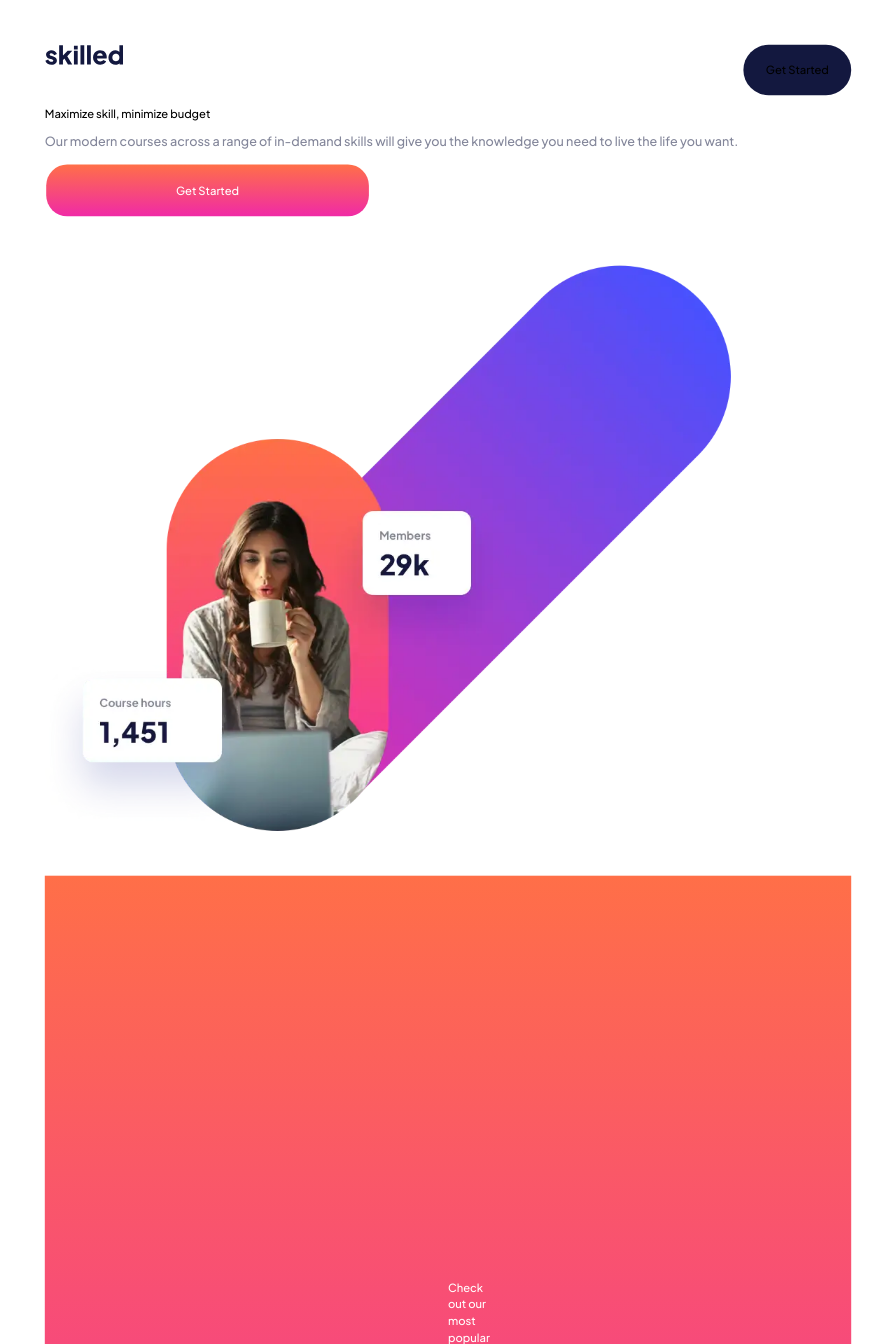
Repository: blordeus/Skilled-e-learning-landing-page
Page: index.html
The author's editor kept a copy of each file at every save. The page is drawn from the files as they stood at one save, then again after a run of saves.
The browser window is 1280 px wide. The pictures show the part of the page from y = 0 to 1920 px (the page is 2975 px tall before and 2948 px after), at 70% of full size.

Above is the page before, as saved 2023-06-17 20:20:40.

After the next 2 saves:
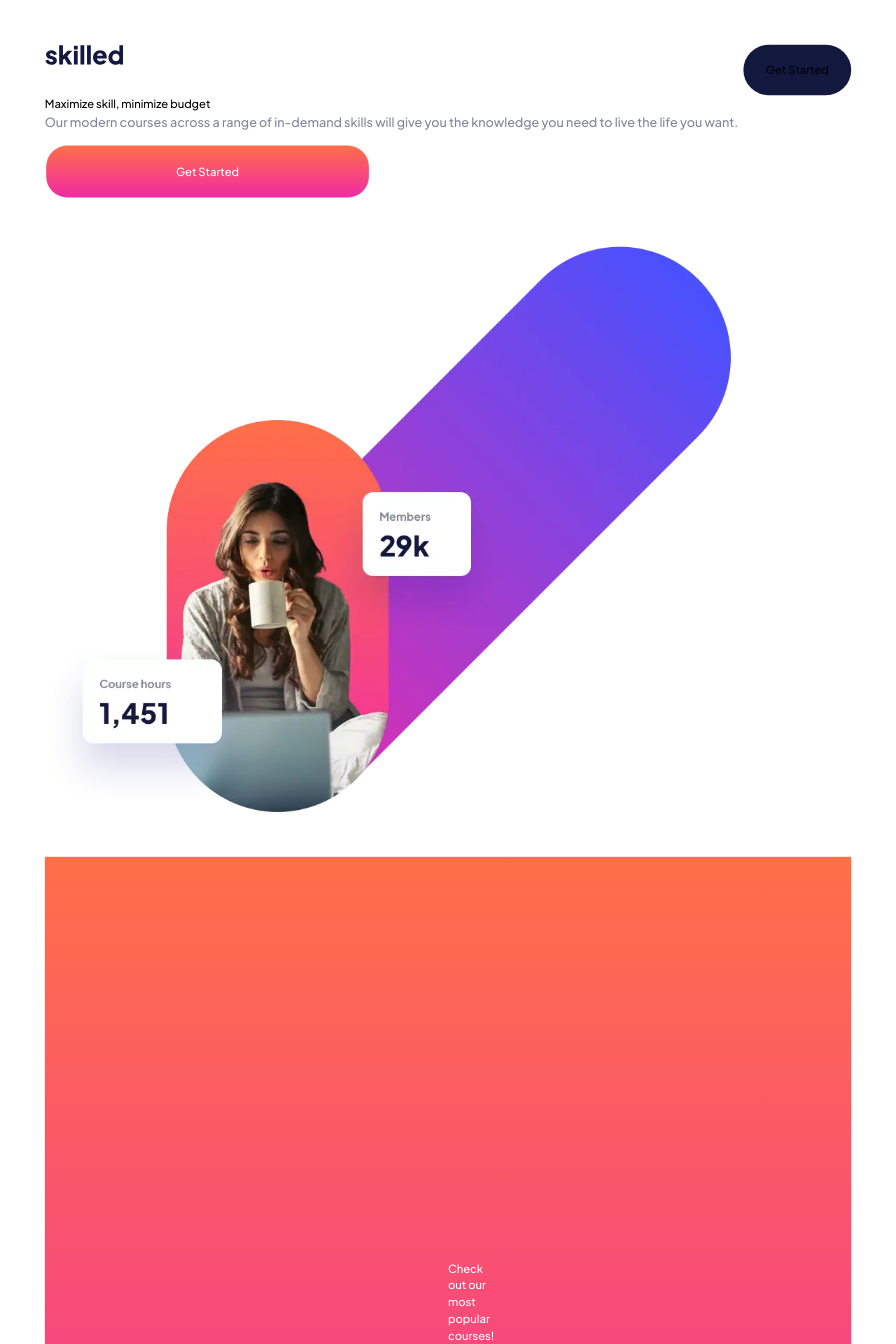
The 2 saves are shown as one change because they came seconds apart.
The last was saved 8 s later.
--- a/index.html
+++ b/index.html
@@ -21,7 +21,7 @@
     </div >
 
     <div class="hero-section grid grid-flow-row">
-      <h1 class="lg:text-heading-xl lg:leading-70 lg:font-weight:800 max-sm:text-heading-l sm:leading-51 sm:font-weight:700">Maximize skill, minimize budget</h1>
+      <h1 class="lg:text-heading-xl lg:leading-70 lg:font-weight:800 max-sm:text-heading-l max-sm:leading-51 max-sm:font-weight:700">Maximize skill, minimize budget</h1>
       <p class="text-skilled-color3 text-body-m leading-28 pb-4">
         Our modern courses across a range of in-demand skills will give you the
         knowledge you need to live the life you want.
